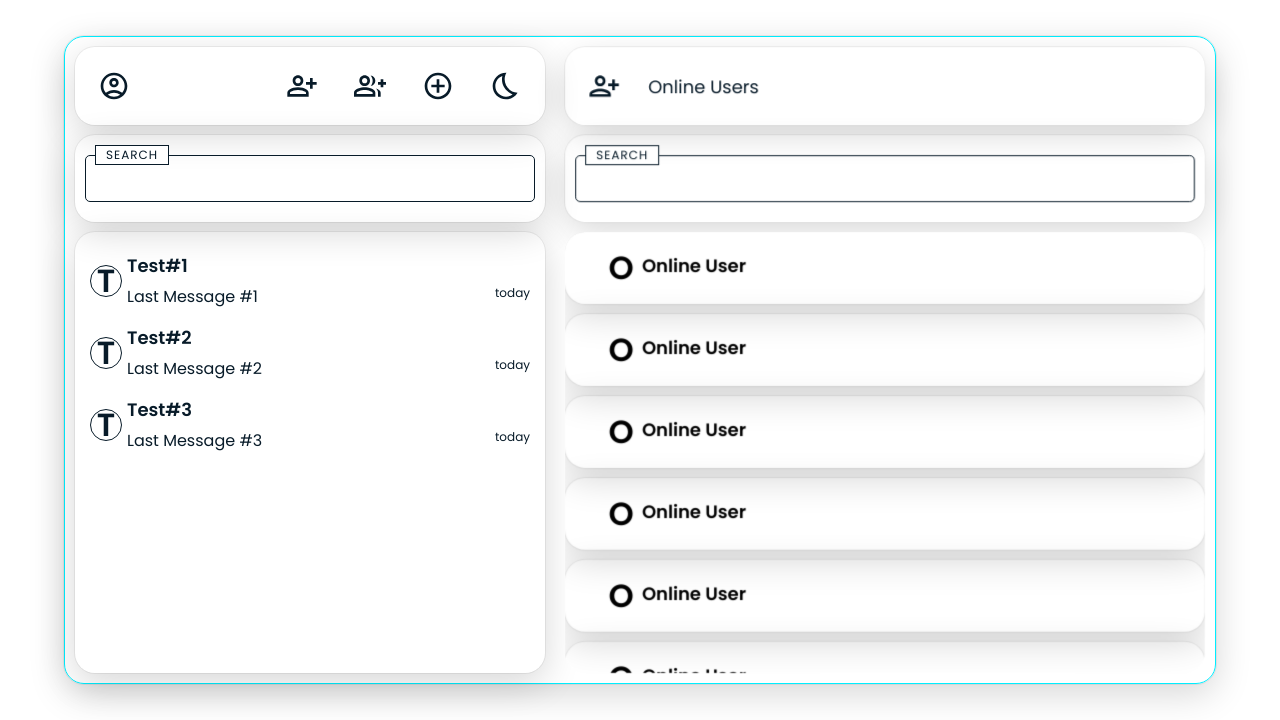
Repository: swastikjhacoder/mern-chat-frontend-only
Page: /users
These files come from the project's save history. The page is drawn as it stood at one moment and after a run of saves; the edit follows.
The browser window is 1280 px wide. The pictures show the whole page.
An inner scrolling area shows only its first screen. The project was rebuilt for these pictures with package versions that can differ from the ones it lists, and the page was loaded fresh each time. Also part of the build but not shown: src/components/loginSignup/Login.jsx, src/components/chat/MessageOthers.jsx, src/components/chat/MessageSelf.jsx, src/components/chat/ChatContainer.jsx. Imported but missing from the stored project, and not drawn on this page: src/components/loginSignup/SignUp.

Above is the page before, as saved 2023-09-21 22:52:59.

After the next 4 saves:
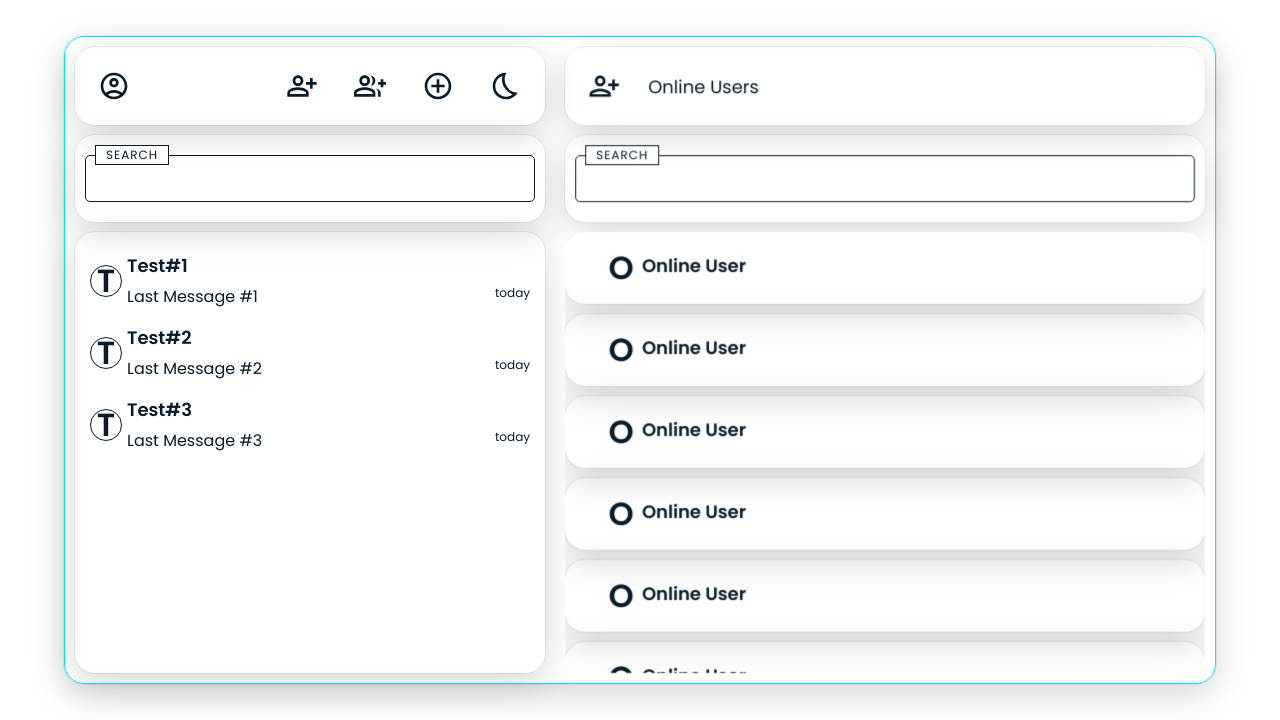
The 4 saves are shown as one change because 1 did not build or start and some came seconds apart.
The last was saved 58 s later.
--- a/src/components/chat/OnlineUsers.jsx
+++ b/src/components/chat/OnlineUsers.jsx
@@ -5,16 +5,17 @@ import { useSelector } from "react-redux";
 const OnlineUsers = () => {
   const { color } = useSelector((state) => state.liveChat);
   const props = { name: "Online User" };
-    return (
-      <motion.div
-        whileHover={{ scale: 1.01 }}
-        whileTap={{ scale: 0.98 }}
-        className="online-user"
-      >
-        <p className="con-icon">{props.name[0]}</p>
-        <p className="con-title">{props.name}</p>
-      </motion.div>
-    );
+  return (
+    <motion.div
+      whileHover={{ scale: 1.01 }}
+      whileTap={{ scale: 0.98 }}
+      className="online-user"
+      style={{ color: color }}
+    >
+      <p className="con-icon">{props.name[0]}</p>
+      <p className="con-title">{props.name}</p>
+    </motion.div>
+  );
 };
 
 export default OnlineUsers;
